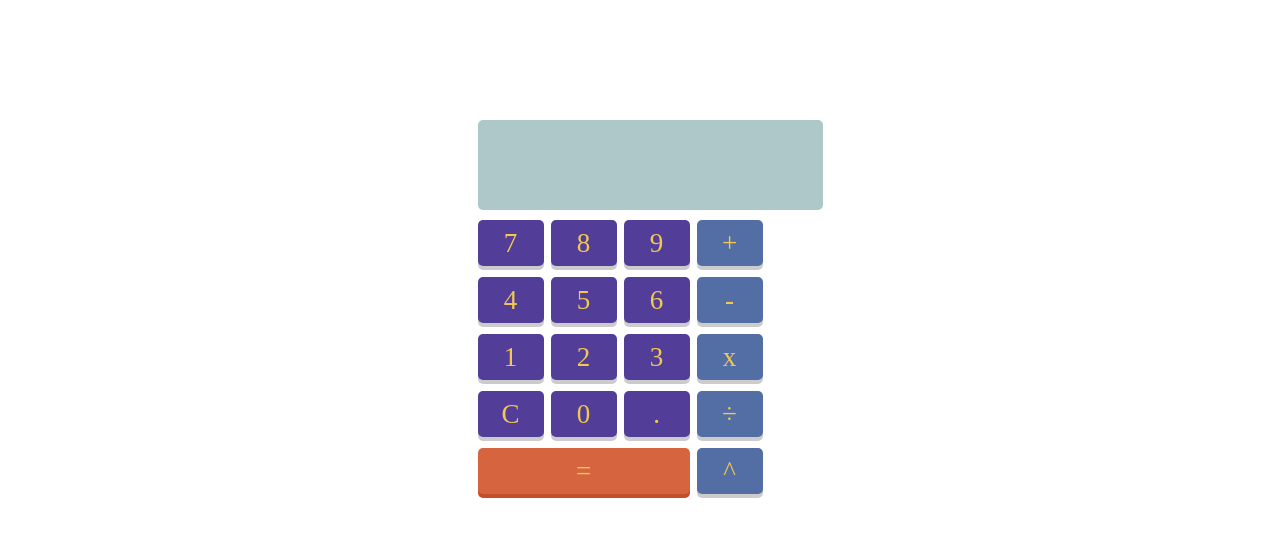
Repository: arjay07/AlineNotebook
Page: app/views/calculator.html
The author's editor kept a record of every edit. The page is drawn from the files as they stood at one moment, then again after the next edit.
The browser window is 1280 px wide. The pictures show the whole page.

Above is the page before.

After the next edit:
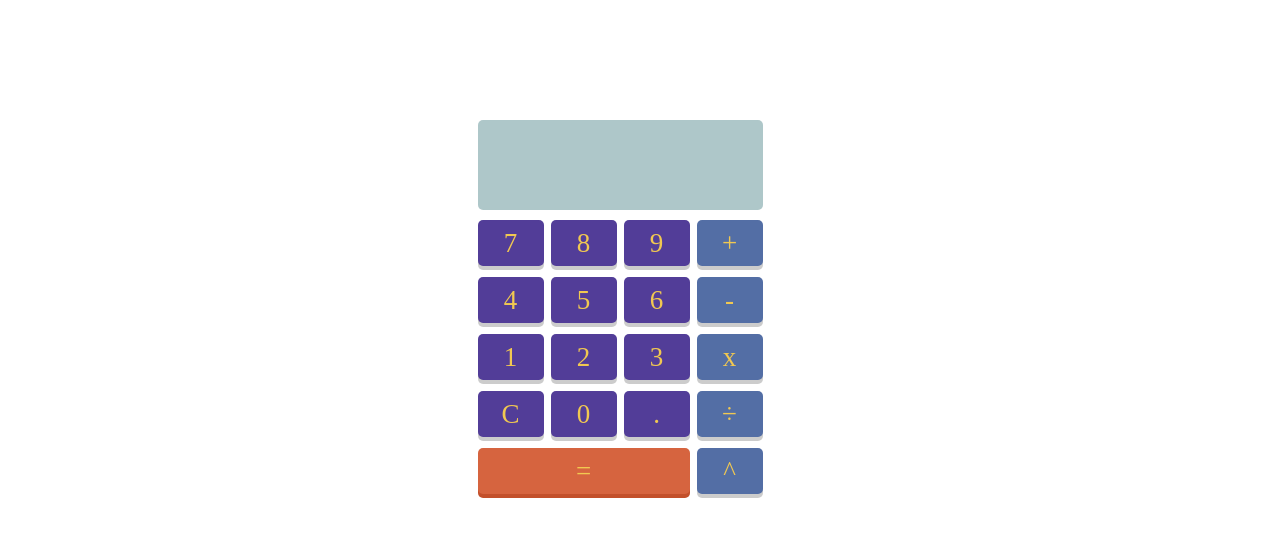
The edit:
--- a/app/views/calculator.html
+++ b/app/views/calculator.html
@@ -22,7 +22,7 @@
 
 .top .screen {
   height:90px;
-	width: 325px;
+	width: 265px;
 	padding: 0 10px;
 	background: rgba(154, 185, 188, 0.8);
 	border-radius: 5px;
